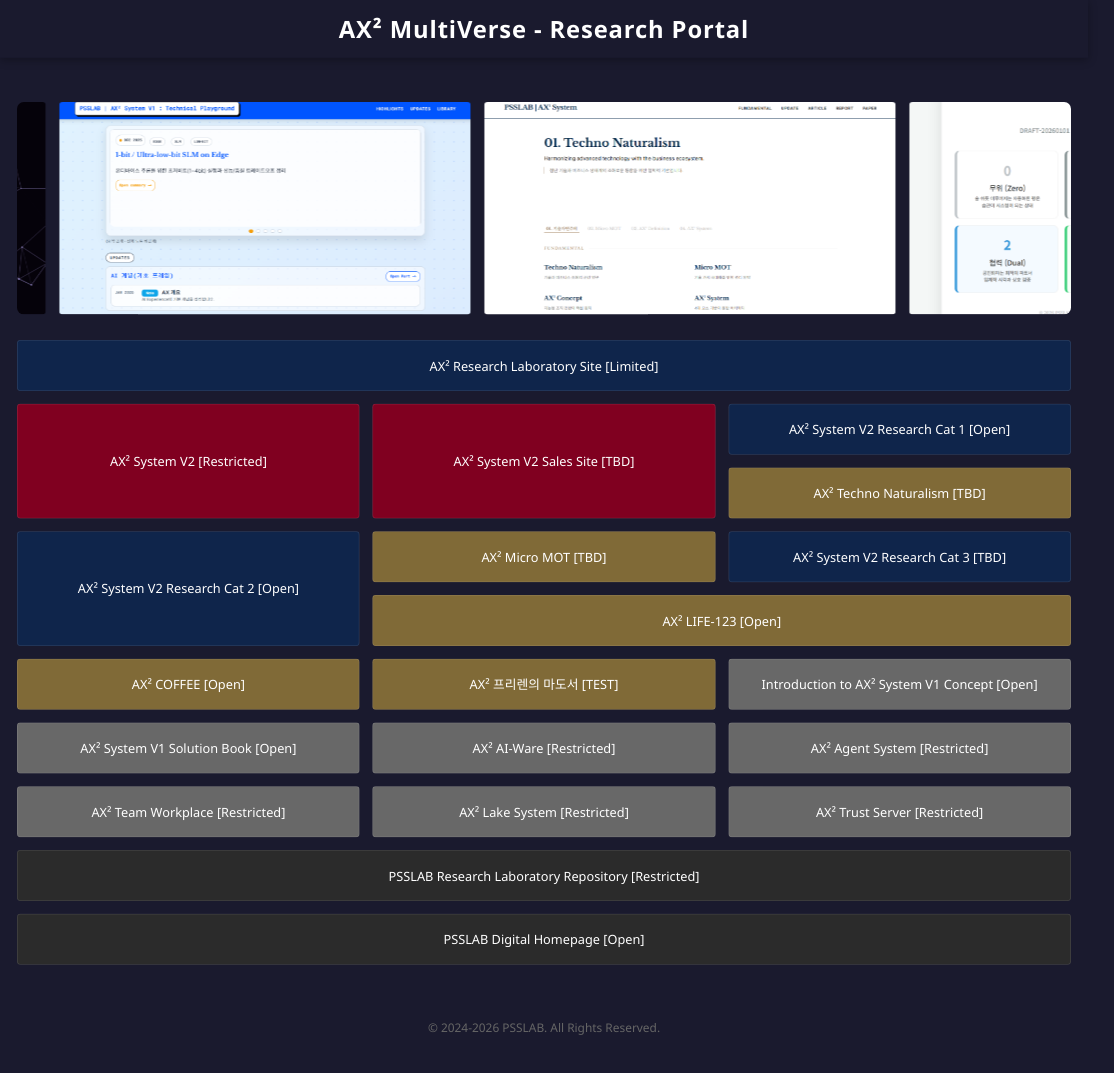
Repository: hycse89/PSSLAB_OpenSite
Page: psslab_multiverse_v3.html
These files come from the project's save history. The page is drawn as it stood at one moment and after a run of saves; the edit follows.
The browser window is 1280 px wide. The page is 1310 px wide, so the pictures cover 1310 px, including what lies to the right of the window. The pictures show the whole page, at 85% of full size.

Above is the page before, as saved 2026-01-11 21:57:37.

### psslab_multiverse_v3.html
<!DOCTYPE html>
<html lang="en">
<head>
    <meta charset="UTF-8">
    <meta name="viewport" content="width=device-width, initial-scale=1.0">
    <title>PSSLAB MultiVerse Campus - Mondrian Edition</title>

    <link rel="icon" type="image/png" href="favicon.png">

    <style>
        /* General Page Styles */
        body {
            margin: 0;
            background-color: #1a1a2e;
            font-family: 'Segoe UI', Arial, sans-serif;
            display: flex;
            flex-direction: column;
            align-items: center;
            min-height: 100vh;
            color: #ffffff;
        }

        /* Fixed Header */
        .header {
            position: fixed;
            top: 0;
            left: 0;
            width: 100%;
            background-color: #1a1a2e;
            color: #ffffff;
            z-index: 1000;
            padding: 15px 0;
            box-shadow: 0 2px 10px rgba(0,0,0,0.3);
        }

        .header h1 {
            font-size: 28px;
            margin: 0;
            text-align: center;
            letter-spacing: 1px;
        }

        /* Main content container */
        .main-content {
            margin-top: 100px;
            width: 100%;
            max-width: 1400px;
            display: flex;
            flex-direction: column;
            align-items: center;
            padding: 20px;
            box-sizing: border-box;
        }

        /* Image Slider Container */
        .slider-container {
            width: 100%;
            overflow: hidden;
            margin-bottom: 30px;
            border-radius: 8px;
        }

        .slider-wrapper {
            display: flex;
            width: calc(500px * 13);
            animation: scroll 60s linear infinite;
        }

        .slider-image {
            width: 500px;
            height: 250px;
            flex-shrink: 0;
            padding: 0 8px;
            box-sizing: border-box;
        }

        .slider-image img {
            width: 100%;
            height: 100%;
            object-fit: cover;
            border-radius: 4px;
        }

        @keyframes scroll {
            0% { transform: translateX(0); }
            100% { transform: translateX(calc(-500px * 11)); }
        }

        /* --- Mondrian Grid Layout System --- */
        .link-container {
            display: grid;
            /* 최소 너비 350px 확보 */
            grid-template-columns: repeat(auto-fill, minmax(350px, 1fr));
            /* 60px 단위의 눈금 설정 */
            grid-auto-rows: 60px;
            gap: 15px;
            width: 100%;
            /* 빈 공간을 최적으로 메워주는 설정 */
            grid-auto-flow: dense;
        }

        /* Link Button Base Style */
        .link-button {
            display: flex;
            align-items: center;
            justify-content: center;
            padding: 20px;
            font-size: 15px;
            color: white;
            text-decoration: none;
            border-radius: 4px;
            transition: all 0.3s cubic-bezier(0.25, 0.8, 0.25, 1);
            text-align: center;
            box-sizing: border-box;
            line-height: 1.4;
            border: 1px solid rgba(255,255,255,0.1);
        }

        .link-button:hover {
            transform: scale(1.01);
            filter: brightness(1.2);
            box-shadow: 0 5px 15px rgba(0,0,0,0.3);
            z-index: 2;
        }

        /* --- Mondrian Size Classes (Proportional) --- */
        /* 가로 비중 */
        .w-1 { grid-column: span 1; }
        .w-2 { grid-column: span 2; }
        .w-3 { grid-column: span 3; }

        /* 세로 비중 (60px의 배수) */
        .h-1 { grid-row: span 1; } /* 120px + gap */
        .h-2 { grid-row: span 2; } /* 240px + gap */
        .h-3 { grid-row: span 3; } /* 360px + gap */

        /* 특수 크기: 제목 강조형 */
        .size-hero { grid-column: span 2; grid-row: span 4; font-size: 1.2rem; font-weight: bold; }

        /* Button Colors */
        .color-1 { background-color: #0F254B; }
        .color-2 { background-color: #800020; }
        .color-3 { background-color: #806a37; }
        .color-4 { background-color: #2b2b2b; }
        .color-5 { background-color: #686868; }

        footer {
            width: 100%;
            padding: 30px;
            text-align: center;
            background-color: #1a1a2e;
            color: #666;
            font-size: 14px;
        }

        /* Responsive */
        @media (max-width: 768px) {
            .link-container { grid-template-columns: 1fr; }
            .w-2, .h-2, .h-3, .size-hero { grid-column: span 1; grid-row: span 2; }
        }
    </style>
</head>
<body>

    <header class="header">
        <h1>AX² MultiVerse - Research Portal</h1>
    </header>

    <main class="main-content">
        <div class="slider-container">
            <div class="slider-wrapper">
                <div class="slider-image"><img src="./images/Image2.png" alt="2"></div>
                <div class="slider-image"><img src="./images/Image21.png" alt="21"></div>
                <div class="slider-image"><img src="./images/Image22.png" alt="22"></div>
                <div class="slider-image"><img src="./images/Image31.png" alt="31"></div>
                <div class="slider-image"><img src="./images/Image32.png" alt="32"></div>
                <div class="slider-image"><img src="./images/Image11.png" alt="11"></div>
                <div class="slider-image"><img src="./images/Image3.png" alt="3"></div>
                <div class="slider-image"><img src="./images/Image4.png" alt="4"></div>
                <div class="slider-image"><img src="./images/Image5.png" alt="5"></div>
                <div class="slider-image"><img src="./images/Image1.png" alt="1"></div>
                <div class="slider-image"><img src="./images/Image2.png" alt="2"></div>
            </div>
        </div>

        <div class="link-container">
            <a href="https://hycse89.github.io/PSSLAB_OpenSite/ax2_research_lab/" class="link-button color-1 w-3 h-1">AX² Research Laboratory Site [Limited]</a>

            <a href="http://localhost:8008" class="link-button color-2 w-1 h-2">AX² System V2 [Restricted]</a>
            <a href="ax2_sales/index.html" class="link-button color-2 w-1 h-2">AX² System V2 Sales Site [TBD]</a>

            <a href="ax2_v1_20260101/index.html" class="link-button color-1 h-1">AX² System V2 Research Cat 1 [Open]</a>
            <a href="http://localhost:8001/utils/markdown_viewer.html?file=/ax_research/doc/doc_ax_techno_naturalism_v5.md" class="link-button color-3 h-1">AX² Techno Naturalism [TBD]</a>

            <a href="ax2_v2_20260101/index.html" class="link-button color-1 h-2">AX² System V2 Research Cat 2 [Open]</a>
            <a href="http://localhost:8001/utils/markdown_viewer.html?file=/ax_research/doc/doc_ax_micro_mot_v2.md" class="link-button color-3 h-1">AX² Micro MOT [TBD]</a>


            <a href="ax2_v3_20260101/index.html" class="link-button color-1 h-1">AX² System V2 Research Cat 3 [TBD]</a>


            <a href="http://localhost:8001/ax_site/ax2_life_123/index.html" class="link-button color-3 w-2 h-1">AX² LIFE-123 [Open]</a>
            <a href="http://localhost:8001/ax_site/ax2_coffee/index.html" class="link-button color-3 h-1">AX² COFFEE [Open]</a>
            <a href="http://localhost:8001/ax_site/ax2_frieren/index.html" class="link-button color-3 h-1">AX² 프리렌의 마도서 [TEST]</a>

            <a href="ax2_v1_concept/ax2_homepage.html" class="link-button color-5 h-1">Introduction to AX² System V1 Concept [Open]</a>
            <a href="ax2_v1_concept/solution_book/index.html" class="link-button color-5 h-1">AX² System V1 Solution Book [Open]</a>
            <a href="http://localhost:8002" class="link-button color-5 w-1 h-1">AX² AI-Ware [Restricted]</a>
            <a href="http://localhost:8003" class="link-button color-5 w-1 h-1">AX² Agent System [Restricted]</a>
            <a href="http://localhost:8007" class="link-button color-5 w-1 h-1">AX² Team Workplace [Restricted]</a>
            <a href="http://localhost:8004" class="link-button color-5 w-1 h-1">AX² Lake System [Restricted]</a>
            <a href="http://localhost:8005" class="link-button color-5 w-1 h-1">AX² Trust Server [Restricted]</a>

            <a href="https://github.com/hycse89" class="link-button color-4 w-3 h-1">PSSLAB Research Laboratory Repository [Restricted]</a>
            <a href="http://www.psslab.co.kr" class="link-button color-4 w-3 h-1">PSSLAB Digital Homepage [Open]</a>
        </div>
    </main>

    <footer>
        <p>&copy; 2024-2026 PSSLAB. All Rights Reserved.</p>
    </footer>

</body>
</html>

After the next 5 saves:
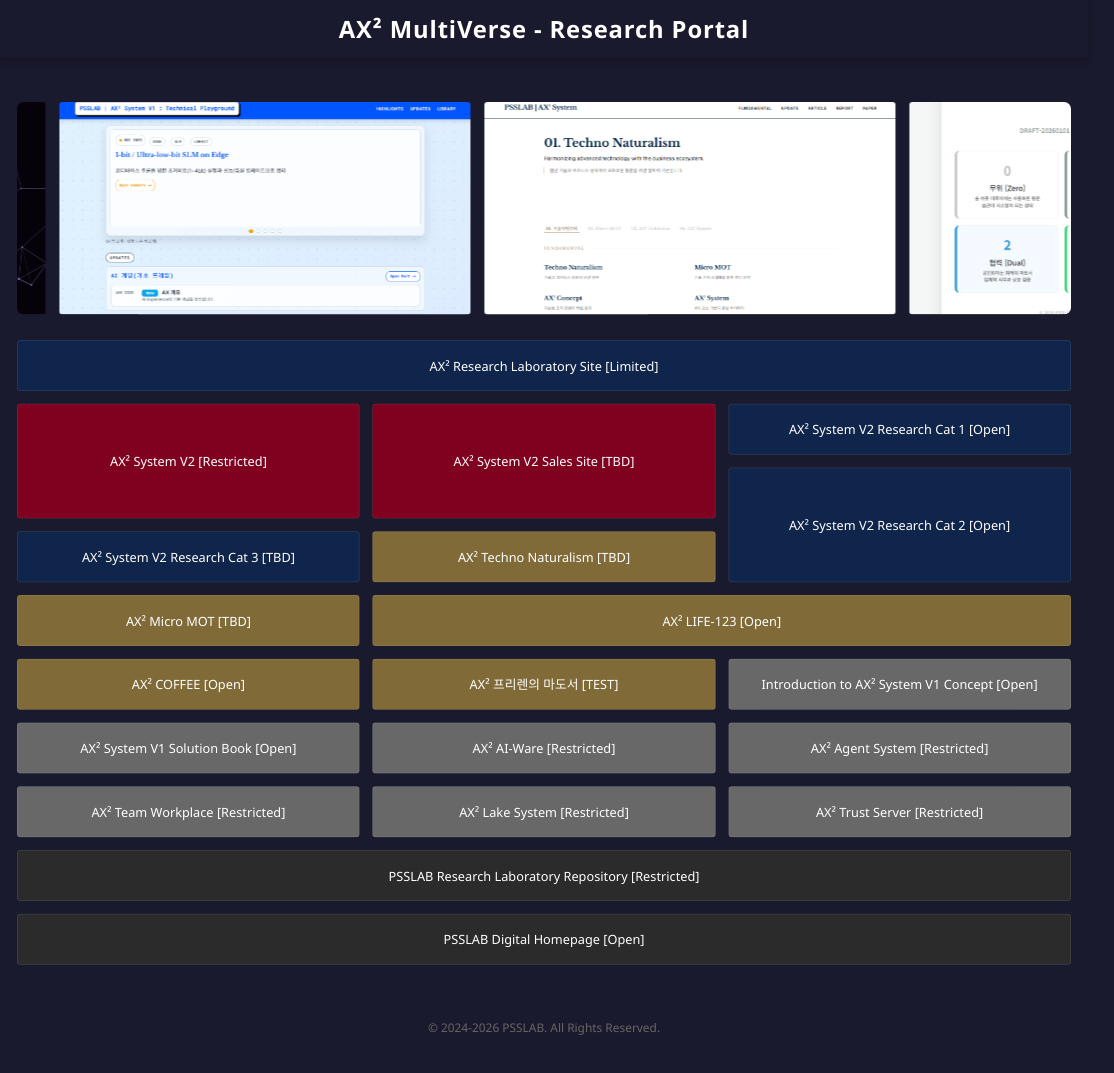
The 5 saves are shown as one change because they came seconds apart.
The last was saved 32 s later.
--- a/psslab_multiverse_v3.html
+++ b/psslab_multiverse_v3.html
@@ -190,13 +190,14 @@
             <a href="ax2_sales/index.html" class="link-button color-2 w-1 h-2">AX² System V2 Sales Site [TBD]</a>
 
             <a href="ax2_v1_20260101/index.html" class="link-button color-1 h-1">AX² System V2 Research Cat 1 [Open]</a>
+            <a href="ax2_v2_20260101/index.html" class="link-button color-1 h-2">AX² System V2 Research Cat 2 [Open]</a>
+            <a href="ax2_v3_20260101/index.html" class="link-button color-1 h-1">AX² System V2 Research Cat 3 [TBD]</a>
+
             <a href="http://localhost:8001/utils/markdown_viewer.html?file=/ax_research/doc/doc_ax_techno_naturalism_v5.md" class="link-button color-3 h-1">AX² Techno Naturalism [TBD]</a>
 
-            <a href="ax2_v2_20260101/index.html" class="link-button color-1 h-2">AX² System V2 Research Cat 2 [Open]</a>
             <a href="http://localhost:8001/utils/markdown_viewer.html?file=/ax_research/doc/doc_ax_micro_mot_v2.md" class="link-button color-3 h-1">AX² Micro MOT [TBD]</a>
 
 
-            <a href="ax2_v3_20260101/index.html" class="link-button color-1 h-1">AX² System V2 Research Cat 3 [TBD]</a>
 
 
             <a href="http://localhost:8001/ax_site/ax2_life_123/index.html" class="link-button color-3 w-2 h-1">AX² LIFE-123 [Open]</a>
